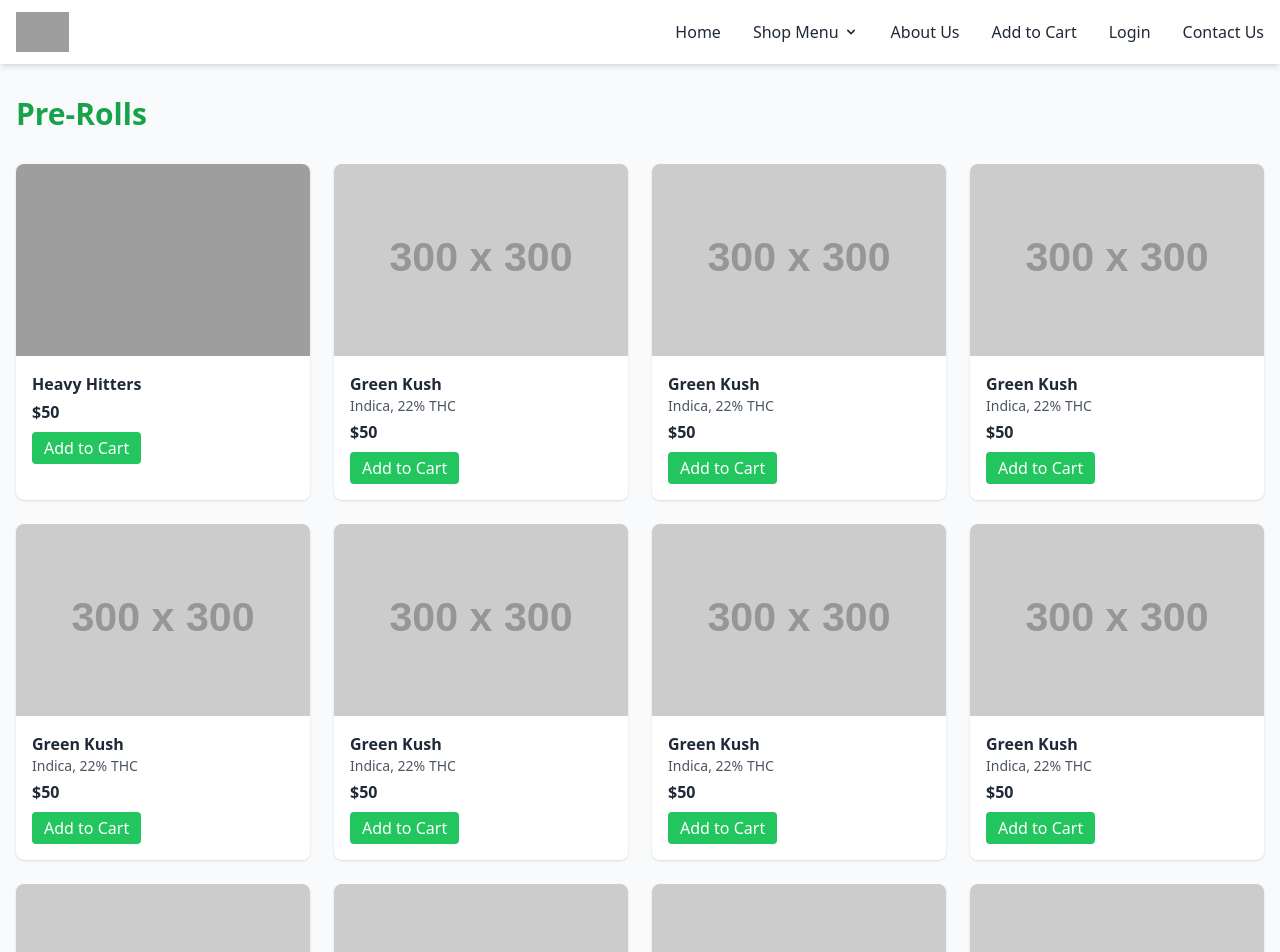
Repository: faryalsaleem50/greencare-cannabis
Page: pre-rolls.html
An editor plug-in stored every save of this project. The page is shown before and after the next save, followed by the edit.
The browser window is 1280 px wide. The pictures show the part of the page from y = 0 to 952 px (the page is 2276 px tall before and 2456 px after).
Pictures or frames that could not be fetched are drawn as grey boxes. A picture or video elsewhere on the page could not be fetched, so the positions and the page height are approximate. Some web libraries are served in a nearby version.

Above is the page before, as saved 2026-02-11 14:05:31.

After the next save:
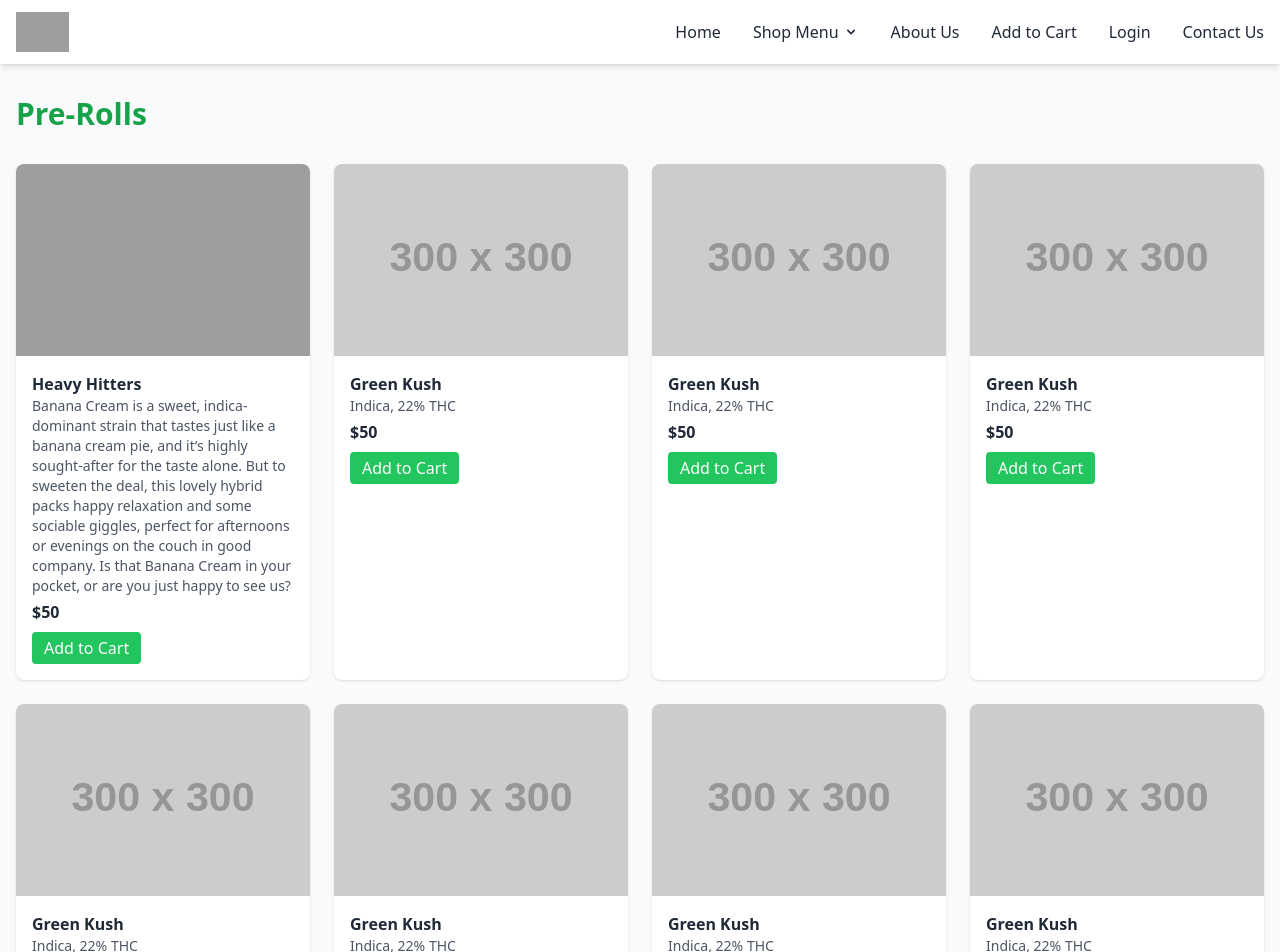
Saved 17 s later.
--- a/pre-rolls.html
+++ b/pre-rolls.html
@@ -110,7 +110,7 @@
         <img src="https://www.greencarecannabisdispensary.com/wp-content/uploads/2024/07/Heavy-Hitters-1.webp" alt="Product" class="w-full h-48 object-cover" />
         <div class="p-4">
           <h3 class="font-semibold">Heavy Hitters</h3>
-          <p class="text-sm text-gray-600"></p>
+          <p class="text-sm text-gray-600">Banana Cream is a sweet, indica-dominant strain that tastes just like a banana cream pie, and it’s highly sought-after for the taste alone. But to sweeten the deal, this lovely hybrid packs happy relaxation and some sociable giggles, perfect for afternoons or evenings on the couch in good company. Is that Banana Cream in your pocket, or are you just happy to see us?</p>
           <p class="font-bold mt-1">$50</p>
           <button class="mt-2 bg-primary text-white px-3 py-1 rounded hover:bg-secondary transition add-to-cart">
             Add to Cart
